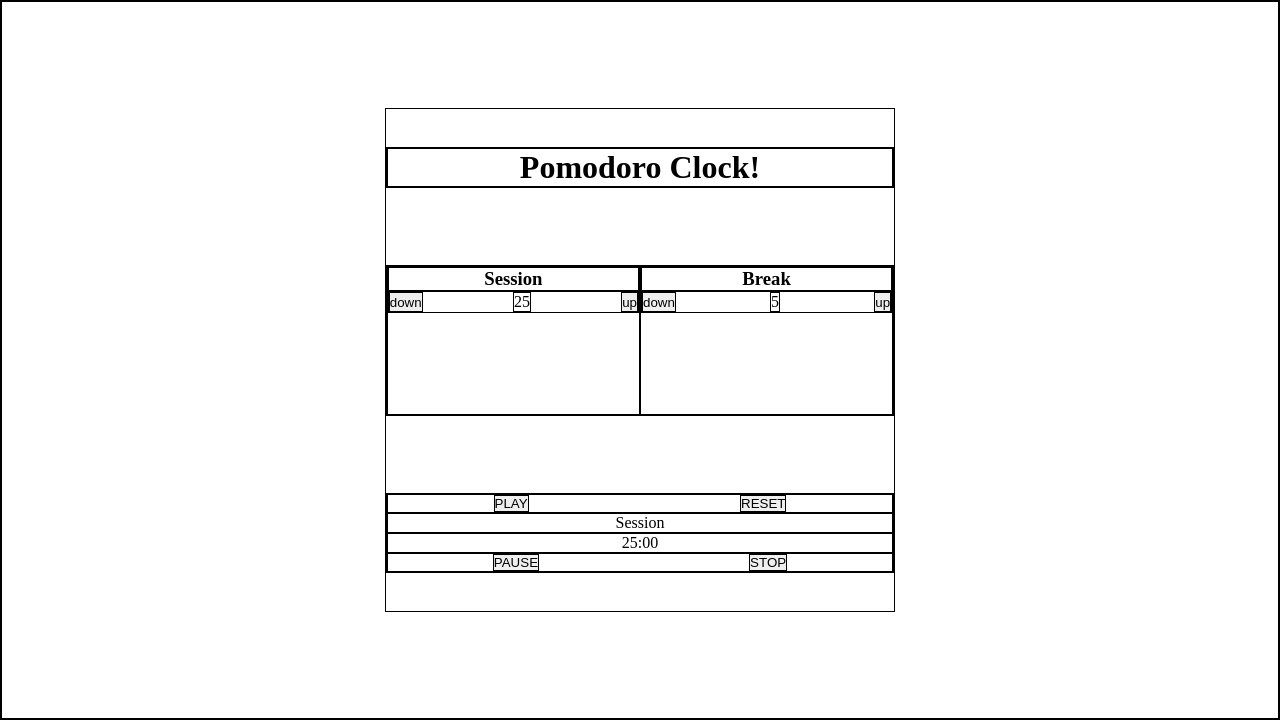
Repository: mcostigliola/pomodoroTimer
Page: index.html
The author's editor kept a copy of each file at every save. The page is drawn from the files as they stood at one save, then again after the next save.
The browser window is 1280 px wide. The pictures show the whole page.

Above is the page before, as saved 2020-06-05 19:21:52.

After the next save:
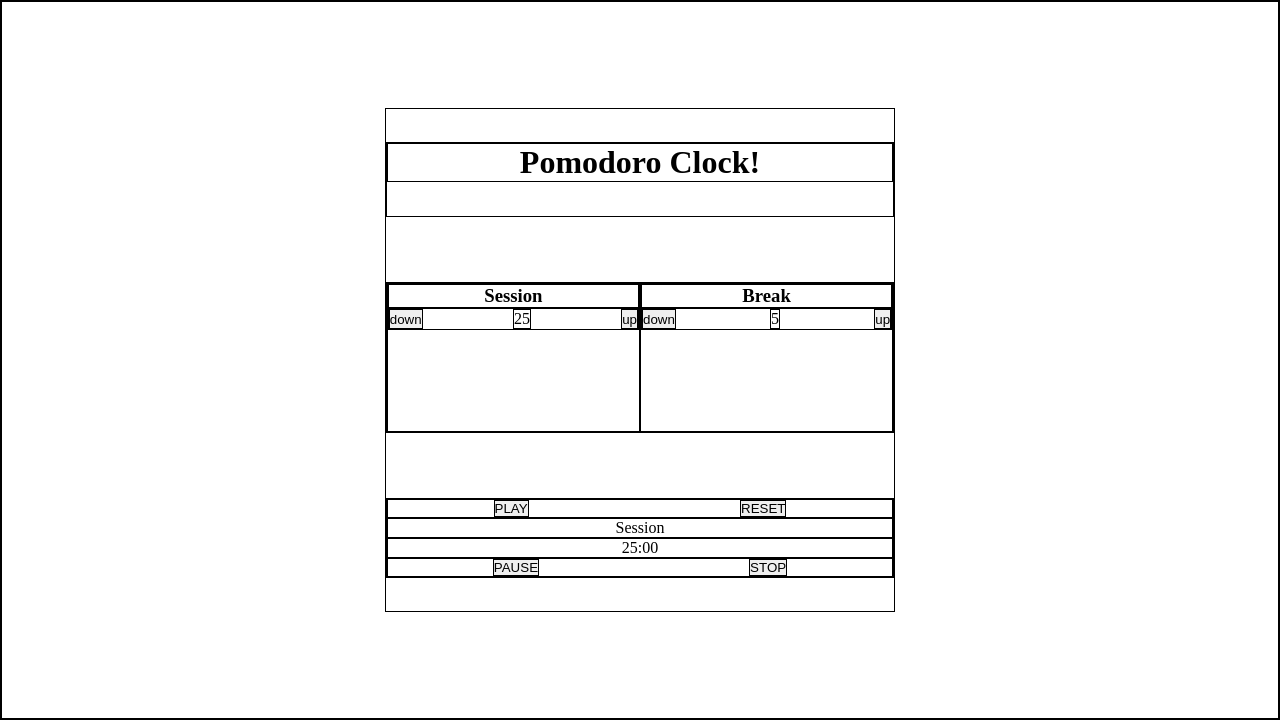
Saved 2 min 17 s later.
--- a/main.css
+++ b/main.css
@@ -34,6 +34,7 @@ body{
 }
 
 #title-watch{
+    height: 15%;
     text-align: center;
 }
 
